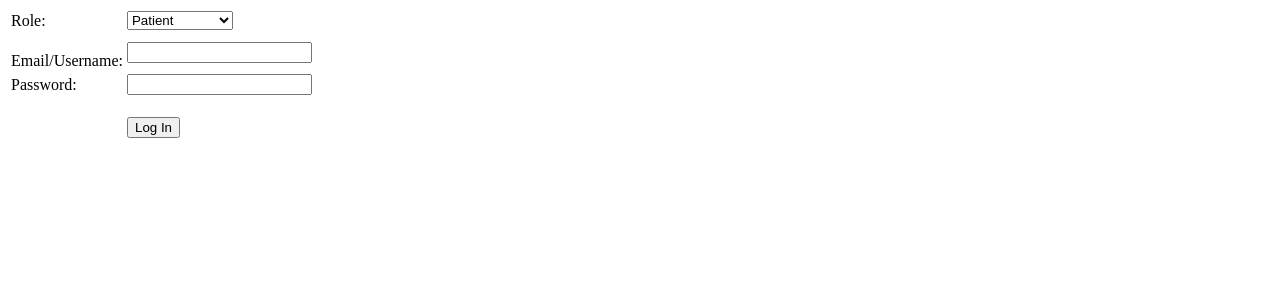
Repository: Asad0786/Learning-Java
Page: http://localhost/HMS/
An editor plug-in stored every save of this project. The page is shown before and after the next save, followed by the edit.
The browser window is 1280 px wide. The pictures show the whole page.
The page is served by Tomcat 9.

Above is the page before, as saved 2023-05-10 11:23:36.

After the next save:
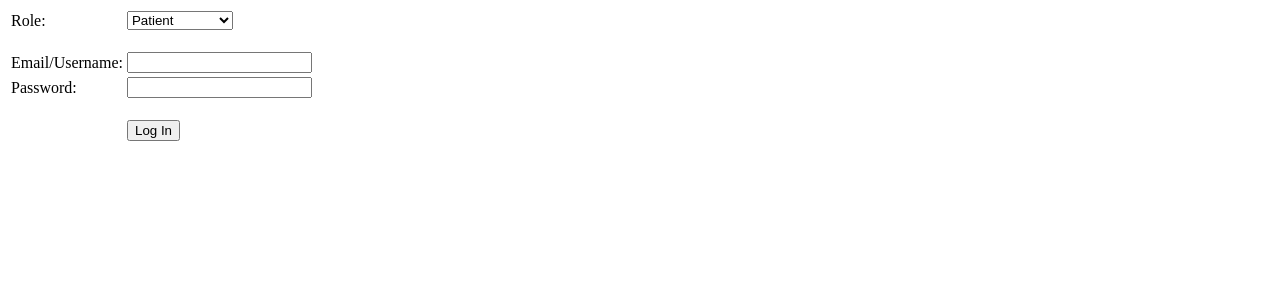
Saved 5 s later.
--- a/HMS/src/main/webapp/index.jsp
+++ b/HMS/src/main/webapp/index.jsp
@@ -20,7 +20,7 @@
 			</tr>
 			<tr>
 				<td><br>Email/Username:</td>
-				<td><input type="text" name="userEmail"></td>
+				<td><br><input type="text" name="userEmail"></td>
 			</tr>
 			<tr>
 				<td>Password:</td>
